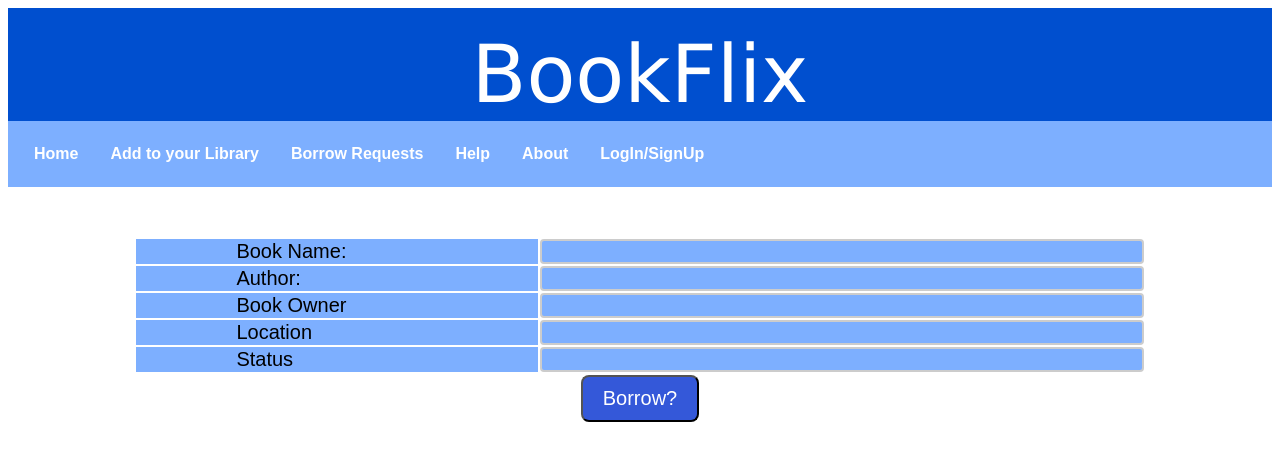
Repository: dan-10/Deloitte
Page: http://localhost/BookFlix/WEB-INF/views/status.jsp
An editor plug-in stored every save of this project. The page is shown before and after the next save, followed by the edit.
The browser window is 1280 px wide. The pictures show the whole page.
The page is served by Tomcat 9. Nobody is signed in. Other server files are loaded and not shown. The template is opened directly, without the code that normally fills it, so the values that code supplies are empty.

Above is the page before, as saved 2019-08-09 04:52:55.

### DeloitteTrainig/Final Project BookFlix/BookFlix/src/main/webapp/WEB-INF/views/status.jsp

<%@ page language="java" contentType="text/html; charset=ISO-8859-1"
    pageEncoding="ISO-8859-1"%>
<%@ taglib uri="http://www.springframework.org/tags/form" prefix="f" %>
<%@ taglib uri="http://java.sun.com/jsp/jstl/core" prefix="c" %>

<!DOCTYPE html>
<html>
	<head>
		<meta charset="ISO-8859-1">
		<title>BookFlix</title>
		<style type="text/css"><%@include file="/WEB-INF/views/styles/homeStyles.css" %></style>
		<style>

	.AddBookForm {
	grid-area: AddBookForm;
	font-family: Arial;
	font-size: 20px;
	font-weight: lighter;
	padding-top: 50px;
	text-align: center;
	}

	.butn {
  -webkit-border-radius: 8;
  -moz-border-radius: 8;
  border-radius: 8px;
  font-family: Arial;
  color: #ffffff;
  font-size: 20px;
  background: #3458d9;
  padding: 10px 20px 10px 20px;
  text-decoration: none;
}

.butn:hover {
  background: #6672de;
  text-decoration: none;
}

.td1{
	background-color: #7dafff;
	width: 20%;
	padding-left: 100px;
	padding-right:0px;
}

.td {
  color: white;
  width: 30%;
  box-sizing: border-box;
  border: 2px solid #ccc;
  border-radius: 4px;
  font-size: 16px;
  background-color: #7dafff;
  padding-bottom: 10px;
  padding-top:10px;
  padding-left:12px;

}
		</style>
	</head>

	<body>
		<div class="grid-container">
		  <div class="Header">
		  	<div class="heading">
		  		<center>BookFlix</center>
		  	</div>
		  </div>
		  <div class="Navigation">
			<div class="navbar">
				<a href="/home">Home</a>
				<a href="/addBook">Add to your Library</a>
				<a href="/borrow">Borrow Requests</a>
				<a href="/help">Help</a>
				<a href="/about">About</a>
				<a href="/validate">LogIn/SignUp</a>
				<c:if test="${!empty userName}">
					<div class="dropdown">
						<button class="dropbtn">${userName}
							<i class="fa fa-caret-down"></i>
						</button>
						<div class="dropdown-content">
							<a href="/myBooks">My Library</a>
							<a href="/logout">LogOut</a>
						</div>
					</div>
				</c:if>
			</div>
		  </div>
		  </div>

		 <!-- Book and user details area  -->
		 <div class="AddBookForm">
				<center>

					<f:form>
						<table width="80%">
							<tr>
								<td class = "td1">Book Name:</td>
								<td class = "td">${bookname}</td>
							</tr>

							<tr>
								<td class = "td1">Author:</td>
								<td class = "td">${author}</td>
							</tr>
							<tr>
								<td class = "td1">Book Owner</td>
								<td class = "td">${owner}</td>
							</tr>
							<tr>
								<td class = "td1">Location</td>
								<td class = "td">${location}</td>
							</tr>
							<tr>
								<td class = "td1">Status</td>
								<td class = "td">${status}</td>
							</tr>
							<tr>
								<td colspan="2" align="center"><button type ="submit" value = "Add Book" class="butn">Borrow?</button></td>
							</tr>
						</table>
					</f:form>
				</center>
			</div>
	</body>
</html>

### DeloitteTrainig/Final Project BookFlix/BookFlix/src/main/webapp/WEB-INF/views/styles/homeStyles.css
.grid-container {
	grid-template-rows: repeat(auto-fill, minmax(100px, 1fr));
	display: grid;
	grid-template-columns: 1fr 1fr 1fr 1fr 1fr 1fr 1fr 1fr 1fr 1fr 1fr 1fr;
	grid-template-areas: "Header Header Header Header Header Header Header Header Header Header Header Header" "Header Header Header Header Header Header Header Header Header Header Header Header" "Navigation Navigation Navigation Navigation Navigation Navigation Navigation Navigation Navigation Navigation Navigation Navigation" ". SearchPanel SearchPanel SearchPanel SearchPanel SearchPanel SearchPanel SearchPanel SearchPanel SearchPanel SearchPanel ." ". SearchResults SearchResults SearchResults SearchResults SearchResults SearchResults SearchResults SearchResults SearchResults SearchResults ." ". SearchResults SearchResults SearchResults SearchResults SearchResults SearchResults SearchResults SearchResults SearchResults SearchResults ." ". SearchResults SearchResults SearchResults SearchResults SearchResults SearchResults SearchResults SearchResults SearchResults SearchResults ." ". SearchResults SearchResults SearchResults SearchResults SearchResults SearchResults SearchResults SearchResults SearchResults SearchResults ." ". . . . . . . . . . . ." ". . . . . . . . . . . ." ". . . . . . . . . . . .";
}

.Header {
	grid-area: Header;
	background-color: #004fcf;
	font-family: Arial;
	color: #ffffff;
}

.Navigation {
	grid-area: Navigation;
	background-color: #7dafff;
	font-family: Arial;
	color: #ffffff;
	font-size: large;
	padding-top: 10px;
	padding-left: 10px;
	padding-right: 10px;
	padding-bottom: 10px;
}

.SearchPanel {
	grid-area: SearchPanel;
	font-family: Arial;
	font-size: 20px;
	padding-top: 20px;
}

.SearchResults {
	grid-area: SearchResults;
	font-family: Arial;
	font-size: 18px;
	font-weight: lighter;
}

.butn {
  -webkit-border-radius: 8;
  -moz-border-radius: 8;
  border-radius: 8px;
  font-family: Arial;
  color: #ffffff;
  font-size: 20px;
  background: #3458d9;
  padding: 10px 20px 10px 20px;
  text-decoration: none;
}

.butn:hover {
  background: #6672de;
  text-decoration: none;
}

input[type=text] {
  width: 50%;
  box-sizing: border-box;
  border: 2px solid #ccc;
  border-radius: 4px;
  font-size: 16px;
  background-color: white;
  padding: 12px 20px 12px 40px;
}

input[type=text]:focus {
  width: 100%;
  box-sizing: border-box;
  border: 2px solid #ccc;
  border-radius: 4px;
  font-size: 16px;
  background-color: white;
  padding: 12px 20px 12px 40px;
}

.heading{
	font-family: Verdana;
	font-size: 80px;
	font-weight: lighter;
	padding-top: 20px;
}

.b1{
	font-family: Verdana;
	font-size: 40px;
	font-weight: lighter;
	padding-top: 50px;
}

.b2{
	font-family: Verdana;
	font-size: 10px;
	font-weight: lighter;
	padding-top: 20px;
}

body {
  font-family: Arial, Helvetica, sans-serif;
}

.navbar {
  overflow: hidden;
  background-color: #7dafff;
  font-weight: bold;
}

.navbar a {
  float: left;
  font-size: 16px;
  color: white;
  text-align: center;
  padding: 14px 16px;
  text-decoration: none;

}

.dropdown {
  float: left;
  overflow: hidden;
}

.dropdown .dropbtn {
  font-size: 16px;
  border: none;
  outline: none;
  color: white;
  padding: 14px 16px;
  background-color: inherit;
  font-family: inherit;
  margin: 0;
}

.navbar a:hover, .dropdown:hover .dropbtn {
  background-color: #3458d9;
}

.dropdown-content {
  display: none;
  position: absolute;
  background-color: #f9f9f9;
  min-width: 160px;
  box-shadow: 0px 8px 16px 0px rgba(0,0,0,0.2);
  z-index: 1;
}

.dropdown-content a {
  float: none;
  color: black;
  padding: 12px 16px;
  text-decoration: none;
  display: block;
  text-align: left;
}

.dropdown-content a:hover {
  background-color: #ddd;
}

.dropdown:hover .dropdown-content {
  display: block;
}

After the next save:
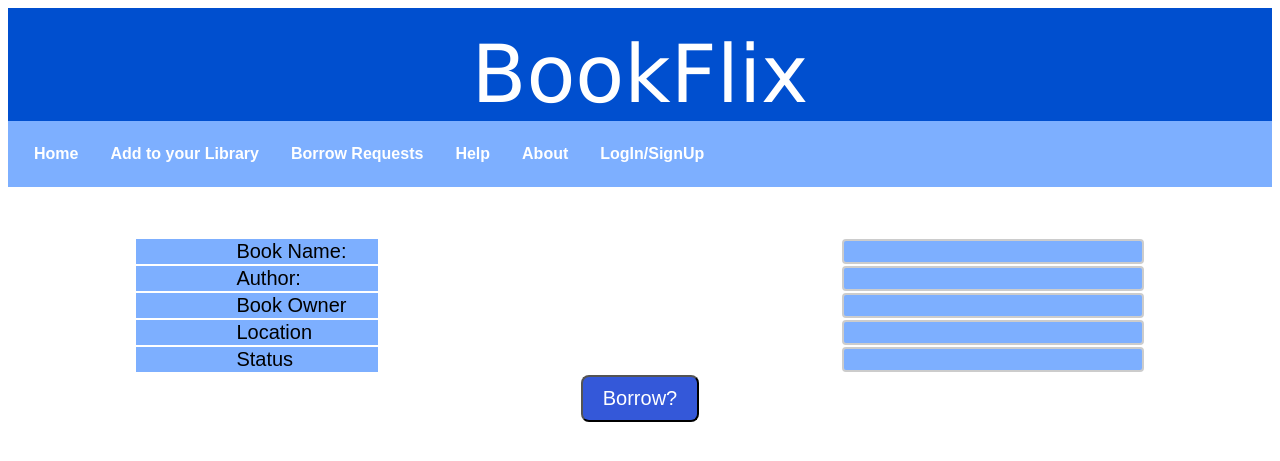
Saved 20 s later.
--- a/DeloitteTrainig/Final Project BookFlix/BookFlix/src/main/webapp/WEB-INF/views/status.jsp
+++ b/DeloitteTrainig/Final Project BookFlix/BookFlix/src/main/webapp/WEB-INF/views/status.jsp
@@ -42,7 +42,7 @@
 	background-color: #7dafff;
 	width: 20%;
 	padding-left: 100px;
-	padding-right:0px;
+	float:left;
 }
 
 .td {

After the save that followed:
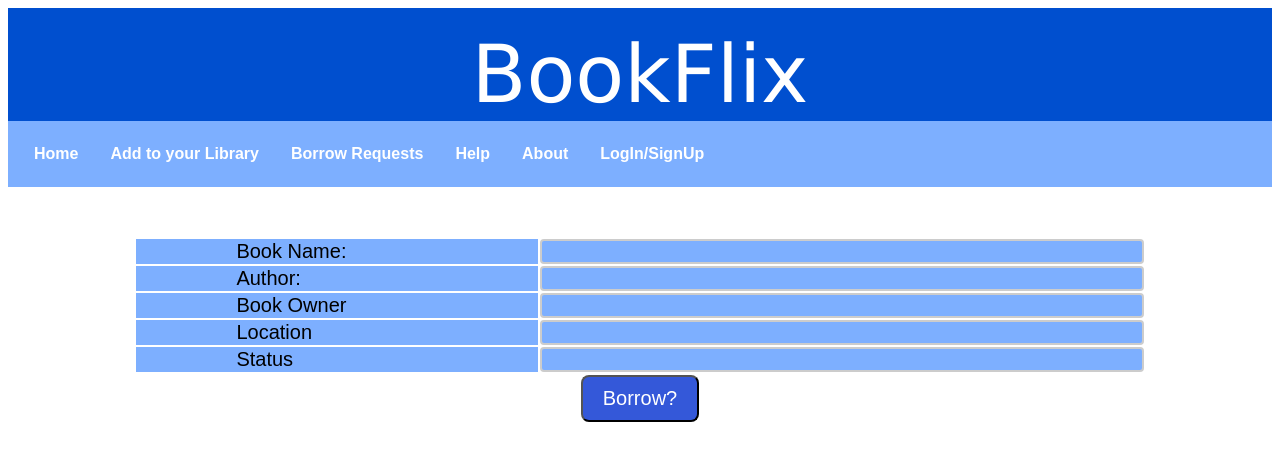
Saved 10 s later.
--- a/DeloitteTrainig/Final Project BookFlix/BookFlix/src/main/webapp/WEB-INF/views/status.jsp
+++ b/DeloitteTrainig/Final Project BookFlix/BookFlix/src/main/webapp/WEB-INF/views/status.jsp
@@ -42,7 +42,7 @@
 	background-color: #7dafff;
 	width: 20%;
 	padding-left: 100px;
-	float:left;
+
 }
 
 .td {
